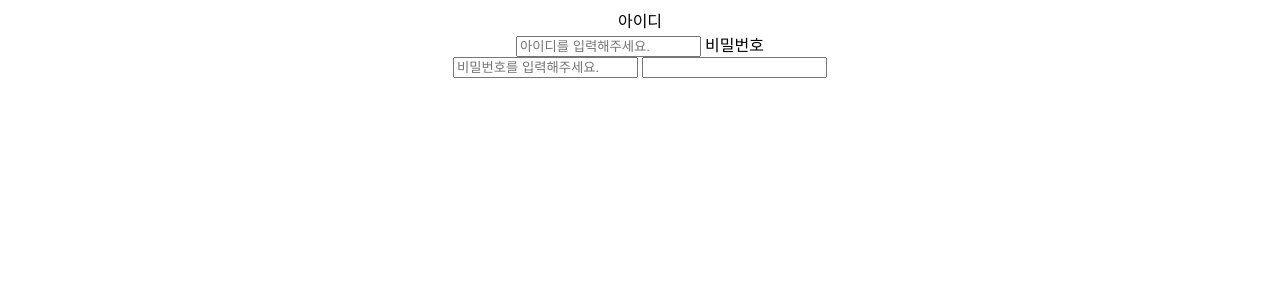
Repository: sujeong1799/JSP
Page: http://localhost/java_study/mem/login
These files come from the project's save history. The page is drawn as it stood at one moment and after the next save; the edit follows.
The browser window is 1280 px wide. The pictures show the whole page.
The page is served by Tomcat 9. Other server files are loaded and not shown.

Above is the page before, as saved 2023-05-17 11:02:44.

### jsp_project3-1/java_study/src/main/webapp/member/login.jsp
<%@ page language="java" contentType="text/html; charset=UTF-8"
    pageEncoding="UTF-8"%>
<!DOCTYPE html>
<html>
<head>
<meta charset="UTF-8">
<title>로그인 페이지</title>
</head>
<body>

<div align="center">
<form action="/mem/login_auth">
아이디<br>
<input type="text" name="id" placeholder="아이디를 입력해주세요.">
비밀번호<br>
<input type="text" name="password" placeholder="비밀번호를 입력해주세요.">
<input>
</div>

</form>

</body>
</html>

### jsp_project3-1/java_study/src/main/java/controller/MemberController.java
package controller;

import java.io.IOException;

import javax.servlet.RequestDispatcher;
import javax.servlet.ServletException;
import javax.servlet.annotation.WebServlet;
import javax.servlet.http.HttpServlet;
import javax.servlet.http.HttpServletRequest;
import javax.servlet.http.HttpServletResponse;

import org.slf4j.Logger;
import org.slf4j.LoggerFactory;

import domain.MemberVO;
import service.MemberService;
import service.MemberServiceImpl;


@WebServlet("/mem/*")
public class MemberController extends HttpServlet {
   private static final long serialVersionUID = 1L;
    //log 설정
   //private static final Logger log = LoggerFactory.getLogger(클래스명.class);
   private static final Logger log = LoggerFactory.getLogger(MemberController.class);
   private RequestDispatcher rdp;
   private MemberService msv;
   private int isOk; //확인
   private String destPage; //목적지주소



    public MemberController() {
        msv = new MemberServiceImpl(); //멤버의 서비스를 구현한 객체
    }


   protected void service(HttpServletRequest request, HttpServletResponse response) throws ServletException, IOException {
      // charactorEncoding 설정 / contentType / uri경로 확인
      request.setCharacterEncoding("utf-8");
      response.setCharacterEncoding("utf-8");
      response.setContentType("text/html; charset=utf-8");

      String uri = request.getRequestURI(); //전체 요청경로
      System.out.println(">>> uri  " + uri);
      String path = uri.substring(uri.lastIndexOf("/")+1);
      log.info(">>path: " +path);


      switch(path) {
      case "join":
    	  destPage = "/member/join.jsp";
         break;

      case "register":
    	  try {
    		  String id = request.getParameter("id");
    		  String password = request.getParameter("password");
    		  String email = request.getParameter("email");
    		  int birth = Integer.parseInt(request.getParameter("birth")) ;
    		  //파라미터로 mvo객체 생성
    		  MemberVO mvo = new MemberVO(id,password, email,birth);
    		  log.info(">>>>> mvo "+mvo);
    		  isOk = msv.register(mvo);
    		  log.info(">>> JOIN > " + (isOk > 0 ? "성공" : "실패"));
		} catch (Exception e) {
			// TODO: handle exception
		}
         destPage = "/"; //이렇게만 적어도 index페이지로 이동
         break;

      case "login":
    	  destPage="/member/login.jsp";
    	  break;

      case "login_auth":
    	  try {
    		  String id = request.getParameter("id");
    		  String password = request.getParameter("password");

    		  MemberVO mvo = new MemberVO(id, password);
    		  log.info(">>> login 요청 " + mvo);
    		  MemberVO loginMvo = msv.login(mvo);

    		  if(loginMvo !=null)

    		  log.info(">>> login > "+ (isOk > 0 ? "성공" : "실패"));

		} catch (Exception e) {
			// TODO: handle exception
		}
    	  destPage="/";
    	  break;
      }


      rdp = request.getRequestDispatcher(destPage);
      rdp.forward(request, response);

   }


   protected void doGet(HttpServletRequest request, HttpServletResponse response) throws ServletException, IOException {
      // TODO Auto-generated method stub
      service(request, response);
   }


   protected void doPost(HttpServletRequest request, HttpServletResponse response) throws ServletException, IOException {
      // TODO Auto-generated method stub
      service(request, response);
   }

}

### jsp_project3-1/java_study/src/main/java/service/MemberServiceImpl.java
package service;

import org.slf4j.Logger;
import org.slf4j.LoggerFactory;

import domain.MemberVO;
import repository.MemberDAO;
import repository.MemberDAOImpl;


public class MemberServiceImpl implements MemberService {

	private static final Logger log = LoggerFactory.getLogger(MemberServiceImpl.class);
	private MemberDAO mdao;

	public MemberServiceImpl() {
		mdao = new MemberDAOImpl();
	}

	@Override
	public int register(MemberVO mvo) {
		log.info("register service 진입!");

		return mdao.insert(mvo);
	}

	@Override
	public MemberVO login(MemberVO mvo) {
		// TODO Auto-generated method stub
		return null;
	}



}

### jsp_project3-1/java_study/src/main/java/repository/MemberDAO.java
package repository;

import domain.MemberVO;

public interface MemberDAO {

	int insert(MemberVO mvo);


}

### jsp_project3-1/java_study/src/main/java/repository/MemberDAOImpl.java
package repository;

import org.apache.ibatis.session.SqlSession;
import org.slf4j.Logger;
import org.slf4j.LoggerFactory;

import domain.MemberVO;
import orm.DatabaseBuilder;

public class MemberDAOImpl implements MemberDAO {

	private static final Logger log = LoggerFactory.getLogger(MemberDAOImpl.class);
	private SqlSession sql;
	private String NS = "MemberMapper.";

	public MemberDAOImpl() {
		new DatabaseBuilder();
		sql = DatabaseBuilder.getFactory().openSession(); // sql연결
	}

	@Override
	public int insert(MemberVO mvo) {
		int isOk = sql.insert(NS+"reg", mvo);
		if(isOk > 0) {
			sql.commit();
		}
		return isOk;
	}



}

### jsp_project3-1/java_study/src/main/java/orm/DatabaseBuilder.java
package orm;

import java.io.IOException;

import org.apache.ibatis.io.Resources;
import org.apache.ibatis.session.SqlSessionFactory;
import org.apache.ibatis.session.SqlSessionFactoryBuilder;
import org.slf4j.Logger;
import org.slf4j.LoggerFactory;

public class DatabaseBuilder {

	private static Logger log = LoggerFactory.getLogger(DatabaseBuilder.class);
	private static SqlSessionFactory factory;
	private static final String config ="orm/MybatisConfig.xml";

	static {
		try {
			factory = new SqlSessionFactoryBuilder().build(
					Resources.getResourceAsReader(config));
		} catch (IOException e) {
			log.info("Mybatis 설정 오류");
			e.printStackTrace();
			// TODO: handle exception
		}
	}

	public static SqlSessionFactory getFactory() {
		return factory;
	}
}

### jsp_project3-1/java_study/src/main/java/domain/MemberVO.java
package domain;

public class MemberVO {

/*
create table member(
id varchar(100) not null,
password varchar(100) not null,
email varchar(100) not null,
birth int,
reg_date datetime default now(),
last_login datetime,
Primary key(id));
*/

	private String id;
	private String password;
	private String email;
	private int birth;
	private String reg_date;
	private String last_login;

	//생성자

	public MemberVO() {}

	// 로그인 생성자
	public MemberVO(String id, String password) {
		this.id = id;
		this.password = password;
	}

	// 등록 생성자


	public MemberVO(String id, String password, String email, int birth) {
		this.id = id;
		this.password = password;
		this.email = email;
		this.birth = birth;
	}


	@Override
	public String toString() {
		return "MemberVO [id=" + id + ", password=" + password + ", email=" + email + ", birth=" + birth + ", reg_date="
				+ reg_date + ", last_login=" + last_login + "]";
	}

	// 회원리스트 생성자
	public MemberVO(String id, String email, String reg_date) {
		this.id = id;
		this.email = email;
		this.reg_date = reg_date;
	}

	// 회원정보보기 생성자
	public MemberVO(String id, String email, int birth, String reg_date, String last_login) {
		this.id = id;
		this.email = email;
		this.birth = birth;
		this.reg_date = reg_date;
		this.last_login = last_login;
	}

	// 정보수정 생성자
	public MemberVO(String password, String email, int birth) {
		this.password = password;
		this.email = email;
		this.birth = birth;
	}


	// getter / setter

	public String getId() {
		return id;
	}

	public void setId(String id) {
		this.id = id;
	}

	public String getPassword() {
		return password;
	}

	public void setPassword(String password) {
		this.password = password;
	}

	public String getEmail() {
		return email;
	}

	public void setEmail(String email) {
		this.email = email;
	}

	public int getBirth() {
		return birth;
	}

	public void setBirth(int birth) {
		this.birth = birth;
	}

	public String getReg_date() {
		return reg_date;
	}

	public void setReg_date(String reg_date) {
		this.reg_date = reg_date;
	}

	public String getLast_login() {
		return last_login;
	}

	public void setLast_login(String last_login) {
		this.last_login = last_login;
	}







}

After the next save:
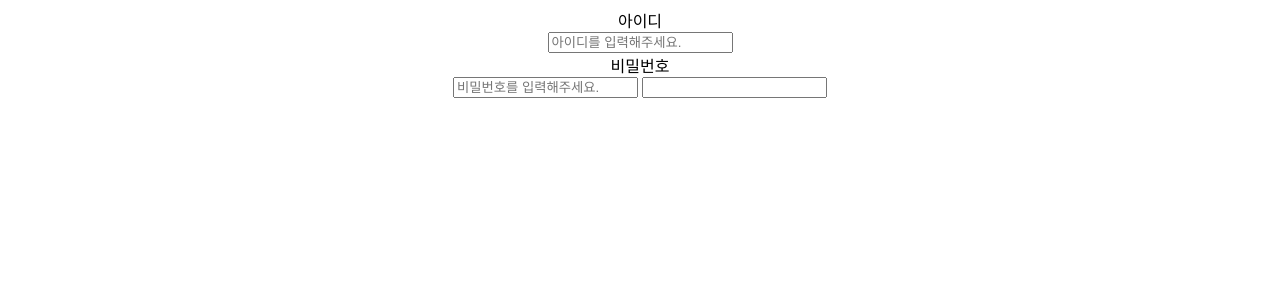
Saved 31 min 2 s later.
--- a/jsp_project3-1/java_study/src/main/webapp/member/login.jsp
+++ b/jsp_project3-1/java_study/src/main/webapp/member/login.jsp
@@ -11,7 +11,7 @@
 <div align="center">
 <form action="/mem/login_auth">
 아이디<br>
-<input type="text" name="id" placeholder="아이디를 입력해주세요.">
+<input type="text" name="id" placeholder="아이디를 입력해주세요."><br>
 비밀번호<br>
 <input type="text" name="password" placeholder="비밀번호를 입력해주세요.">
 <input>
